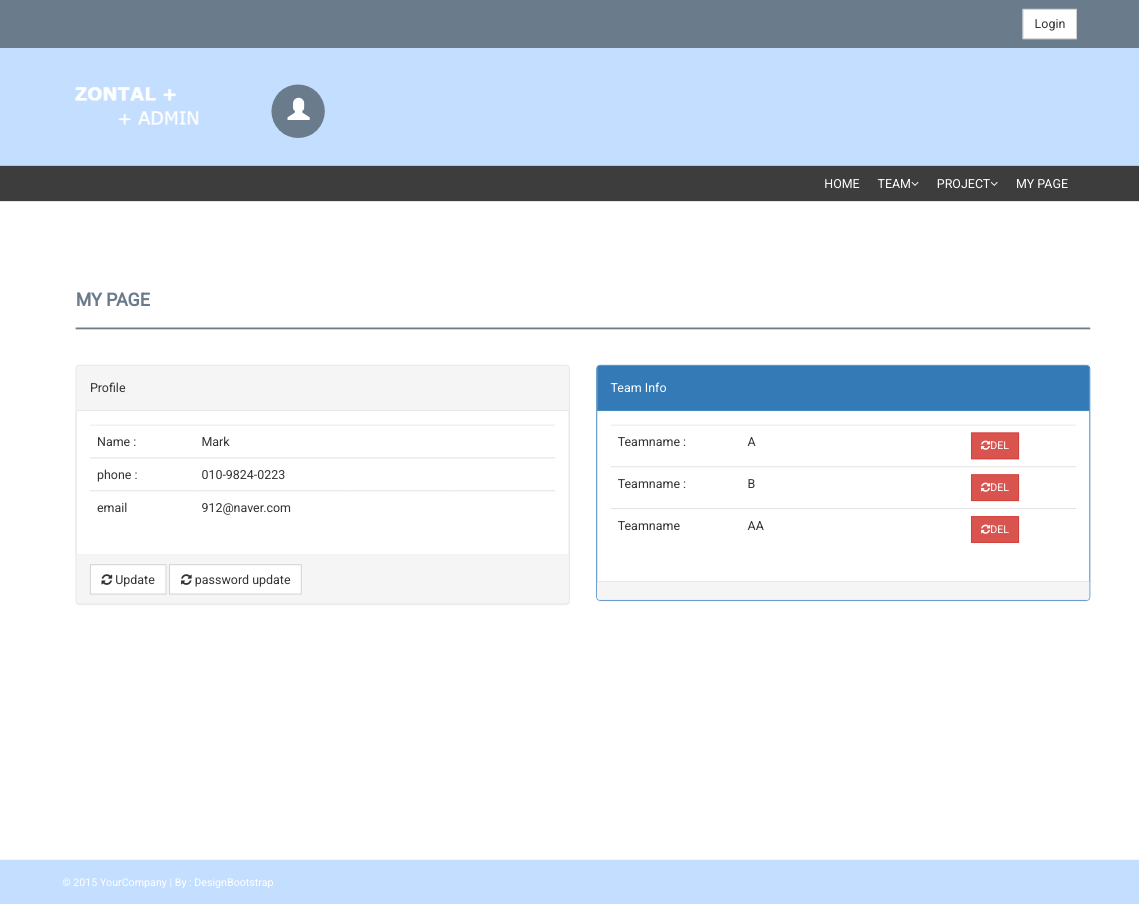
Repository: hwju91/skuniv
Page: http://localhost/0903.2/WEB-INF/jsp/mypage.jsp
These files come from the project's save history. The page is drawn as it stood at one moment and after the next save; the edit follows.
The browser window is 1280 px wide. The pictures show the whole page, at 89% of full size.
The page is served by Tomcat 9. Nobody is signed in. Other server files are loaded and not shown. The template is opened directly, without the code that normally fills it, so the values that code supplies are empty.

Above is the page before, as saved 2016-09-06 10:31:30.

### 0903.2/WebContent/WEB-INF/jsp/mypage.jsp
<%@ page language="java" contentType="text/html; charset=UTF-8"
	pageEncoding="UTF-8"%>
<jsp:include page="header_index.jsp" />
<jsp:include page="nav.jsp" />
<jsp:include page="menu_mypage.jsp" />


 <div class="content-wrapper">
            <div class="container">

            <div class="row">
				<div class="col-md-12">
					<h1 class="page-head-line">My page</h1>
				</div>
			</div>


			 <div class="row">
                <div class="col-md-6 col-sm-6">
                    <div class="panel panel-default">
                        <div class="panel-heading">
                            Profile
                        </div>
                        <div class="panel-body">
                            <div class="table-responsive">
                                <table class="table">
                                    <thead>
                                        <!-- <tr>
                                            <th>#</th>
                                            <th>First Name</th>
                                            <th>Last Name</th>
                                            <th>Username</th>
                                        </tr> -->
                                    </thead>
                                    <tbody>
                                        <tr>
                                            <td>Name :</td>
                                            <td>Mark</td>
                                            <td> </td>
                                            <td> </td>
                                        </tr>
                                        <tr>
                                            <td>phone : </td>
                                            <td>010-9824-0223</td>
                                            <td></td>
                                            <td></td>
                                        </tr>
                                        <tr>
                                            <td>email</td>
                                            <td>912@naver.com</td>
                                            <td></td>
                                            <td></td>
                                        </tr>

                                    </tbody>
                                </table>
                            </div>
                        </div>


                        <div class="panel-footer">
                            <a href="#" class="btn btn-default"><i class=" fa fa-refresh "></i> Update</a>
                            <a href="#" class="btn btn-default"><i class=" fa fa-refresh "></i> password update</a>
                        </div>
                    </div>

                </div>
                <div class="col-md-6 col-sm-6">
                    <div class="panel panel-primary">
                        <div class="panel-heading">
                            	Team Info
                        </div>
                         <div class="panel-body">
                            <div class="table-responsive">
                                <table class="table">
                                    <thead>
                                        <!-- <tr>
                                            <th>#</th>
                                            <th>First Name</th>
                                            <th>Last Name</th>
                                            <th>Username</th>
                                        </tr> -->
                                    </thead>
                                    <tbody>
                                        <tr>
                                            <td>Teamname :</td>
                                            <td>A</td>
                                            <td> </td>
                                            <td>  <a href="#" class="btn btn-danger btn-sm"><i class=" fa fa-refresh "></i>DEL</a></td>
                                        </tr>
                                        <tr>
                                            <td>Teamname : </td>
                                            <td>B</td>
                                            <td></td>
                                            <td><a href="#" class="btn btn-danger btn-sm"><i class=" fa fa-refresh "></i>DEL</a></td>
                                        </tr>
                                        <tr>
                                            <td>Teamname</td>
                                            <td>AA</td>
                                            <td></td>
                                            <td><a href="#" class="btn btn-danger btn-sm"><i class=" fa fa-refresh "></i>DEL</a></td>
                                        </tr>

                                    </tbody>
                                </table>
                            </div>
                        </div>
                        <div class="panel-footer">
                        </div>
                    </div>
                </div>
                </div>
               <!--  <div class="col-md-6 col-sm-6">
                    <div class="panel panel-success">
                        <div class="panel-heading">
                            message
                        </div>

                        <div class="panel-footer">
                            Panel Footer
                        </div>
                    </div>
                </div> -->


            <!-- <div class="row">
                <div class="col-md-10 col-sm-10">
                    <div class="panel panel-default">
                        <div class="panel-heading">
                            Basic Tabs
                        </div>
                        <div class="panel-body">
                            <ul class="nav nav-tabs">
                                <li class="active"><a href="#team" data-toggle="tab">Home</a>
                                </li>
                                <li class=""><a href="#profile" data-toggle="tab">Profile</a>
                                </li>
                                <li class=""><a href="#messages" data-toggle="tab">Messages</a>
                                </li>
                                <li class=""><a href="#settings" data-toggle="tab">Settings</a>
                                </li>
                            </ul>

                            <div class="tab-content">
                                <div class="tab-pane fade active in" id="team">
                                    <h4>Home Tab</h4>
                                    <p>Lorem ipsum dolor sit amet, consectetur adipisicing elit, sed do eiusmod tempor incididunt ut labore et dolore magna aliqua. Ut enim ad minim veniam, quis nostrud exercitation ullamco laboris nisi ut aliquip ex ea commodo consequat. Duis aute irure dolor in reprehenderit in voluptate velit esse cillum dolore eu fugiat nulla pariatur. Excepteur sint occaecat cupidatat non proident, sunt in culpa qui officia deserunt mollit anim id est laborum.</p>
                                </div>
                                <div class="tab-pane fade" id="profile">
                                    <h4>Profile Tab</h4>
                                    <p>Lorem ipsum dolor sit amet, consectetur adipisicing elit, sed do eiusmod tempor incididunt ut labore et dolore magna aliqua. Ut enim ad minim veniam, quis nostrud exercitation ullamco laboris nisi ut aliquip ex ea commodo consequat. Duis aute irure dolor in reprehenderit in voluptate velit esse cillum dolore eu fugiat nulla pariatur. Excepteur sint occaecat cupidatat non proident, sunt in culpa qui officia deserunt mollit anim id est laborum.</p>
                                </div>
                                <div class="tab-pane fade" id="messages">
                                    <h4>Messages Tab</h4>
                                    <p>Lorem ipsum dolor sit amet, consectetur adipisicing elit, sed do eiusmod tempor incididunt ut labore et dolore magna aliqua. Ut enim ad minim veniam, quis nostrud exercitation ullamco laboris nisi ut aliquip ex ea commodo consequat. Duis aute irure dolor in reprehenderit in voluptate velit esse cillum dolore eu fugiat nulla pariatur. Excepteur sint occaecat cupidatat non proident, sunt in culpa qui officia deserunt mollit anim id est laborum.</p>
                                </div>
                                <div class="tab-pane fade" id="settings">
                                    <h4>Settings Tab</h4>
                                    <p>Lorem ipsum dolor sit amet, consectetur adipisicing elit, sed do eiusmod tempor incididunt ut labore et dolore magna aliqua. Ut enim ad minim veniam, quis nostrud exercitation ullamco laboris nisi ut aliquip ex ea commodo consequat. Duis aute irure dolor in reprehenderit in voluptate velit esse cillum dolore eu fugiat nulla pariatur. Excepteur sint occaecat cupidatat non proident, sunt in culpa qui officia deserunt mollit anim id est laborum.</p>
                                </div>
                            </div>
                        </div>
                    </div>
                </div>

            </div> -->


        </div><!-- container end -->
    </div><!-- content-wrapper  -->



<jsp:include page="footer.jsp" />

### 0903.2/WebContent/WEB-INF/jsp/header_index.jsp
<%@ page language="java" contentType="text/html; charset=UTF-8"
    pageEncoding="UTF-8"%>
<!DOCTYPE html PUBLIC "-//W3C//DTD HTML 4.01 Transitional//EN" "http://www.w3.org/TR/html4/loose.dtd">
<html>
<head>
    <title>Winder</title>

    <link href="css/bootstrap.css" rel="stylesheet" />
    <link href="css/font-awesome.css" rel="stylesheet" />
    <link href="css/style.css" rel="stylesheet" />

	<style>
		.carousel-inner > .item > img,
		.carousel-inner > .item > a > img {
	      width: 90%;
	      height: 500px;
	      margin: auto;
	    }
	</style>

</head>
</head>

### 0903.2/WebContent/WEB-INF/jsp/nav.jsp
<%@ page language="java" contentType="text/html; charset=UTF-8"
    pageEncoding="UTF-8"%>
<body>
    <header>
        <div class="container">
            <div class="row">
                <div class="col-md-12">
                    <!-- <strong>Email: </strong>info@yourdomain.com
                    &nbsp;&nbsp;
                    <strong>Support: </strong>+90-897-678-44 -->
                    <%
                    if("loginok".equals((String)session.getAttribute("loginchk"))){
                    	%>
                    	<a class="btn btn-default" href="logout">Logout</a>
                    <%}
                    else{
                    %>
                    	<a class="btn btn-default" href="login">Login</a>
                    <% }%>

                </div>

            </div>
        </div>
    </header>
    <!-- HEADER END-->
    <div class="navbar navbar-inverse set-radius-zero">
        <div class="container">
            <div class="navbar-header">
                <button type="button" class="navbar-toggle" data-toggle="collapse" data-target=".navbar-collapse">
                    <span class="icon-bar"></span>
                    <span class="icon-bar"></span>
                    <span class="icon-bar"></span>
                </button>
                <a class="navbar-brand" href="index.html">
                    <img src="img/logo.png" />
                </a>

            </div>

            <div class="left-div">
                <div class="user-settings-wrapper">
                    <ul class="nav">

                        <li class="dropdown">
                            <a class="dropdown-toggle" data-toggle="dropdown" href="#" aria-expanded="false">
                                <span class="glyphicon glyphicon-user" style="font-size: 25px;"></span>
                            </a>
                            <div class="dropdown-menu dropdown-settings" style="color: #fff">
                                <div class="media">
                                    <a class="media-left" href="#">
                                        <img src="img/64-64.jpg" alt="" class="img-rounded" />
                                    </a>
                                    <div class="media-body">
                                        <h4 class="media-heading">Jhon Deo Alex </h4>
                                        <h5>Developer & Designer</h5>

                                    </div>
                                </div>
                                <hr />
                                <h5><strong>Personal Bio : </strong></h5>
                                Anim pariatur cliche reprehen derit.
                                <hr />
                                <a href="#" class="btn btn-info btn-sm">Full Profile</a>&nbsp; <a href="login.html" class="btn btn-danger btn-sm">Logout</a>

                            </div>
                        </li>


                    </ul>
                </div>
            </div>
        </div>
    </div>
    <!-- LOGO HEADER END-->

### 0903.2/WebContent/WEB-INF/jsp/menu_mypage.jsp
<%@ page language="java" contentType="text/html; charset=UTF-8"
    pageEncoding="UTF-8"%>
<%@taglib prefix="c"  uri="http://java.sun.com/jsp/jstl/core" %>
<section class="menu-section">
        <div class="container">
            <div class="row">
                <div class="col-md-12">
                    <div class="navbar-collapse collapse ">
                        <ul id="menu-top" class="nav navbar-nav navbar-right">
                            <li><a class="menu-top" href="home">Home</a></li>
                            <li class="dropdown">
                                <a href="#" class="dropdown-toggle" data-toggle="dropdown">Team<i class="fa fa-angle-down"></i></a>
                                <ul class="dropdown-menu">
                                    <li><a href="teamCreateform">팀 생성</a></li>
                                    <c:forEach items="${teammenu }" var="tmenu">
                                    <li><a href="projectlist?tno=${tmenu.tno }">${tmenu.name }</a></li>
                                    </c:forEach>
                                </ul>
                            </li>
                            <li class="dropdown">
                                <a href="#" class="dropdown-toggle" data-toggle="dropdown">Project<i class="fa fa-angle-down"></i></a>
                                <ul class="dropdown-menu">
                                    <li><a href="projectform">프로젝트 생성</a></li>
                                    <c:forEach items="${projectmenu }" var="pmenu">
                                    <li><a href="projectmain?pno=${pmenu.pno }">${pmenu.name }</a></li>
                                    </c:forEach>
                                </ul>
                            </li>
                             <li><a class="menu-top" href="mypage">My Page</a></li>

                        </ul>
                    </div>
                </div>

            </div>
        </div>
    </section>
    <!-- MENU SECTION END-->
    <div class="content-wrapper">
        <div class="container">

### 0903.2/WebContent/WEB-INF/jsp/footer.jsp
<%@ page language="java" contentType="text/html; charset=UTF-8"
    pageEncoding="UTF-8"%>
 </div>
    </div>
    <!-- CONTENT-WRAPPER SECTION END-->
    <footer>
        <div class="container">
            <div class="row">
                <div class="col-md-12">
                    &copy; 2015 YourCompany | By : <a href="http://www.designbootstrap.com/" target="_blank">DesignBootstrap</a>
                </div>

            </div>
        </div>
    </footer>
    <!-- script -->
<script src="js/jquery-2.2.3.min.js"></script>
<script src="js/bootstrap.js"></script>
</body>
</html>

Loaded but not shown: 0903.2/WebContent/css/bootstrap.css (library); 0903.2/WebContent/css/font-awesome.css (library); 0903.2/WebContent/js/jquery-2.2.3.min.js (library); 0903.2/WebContent/js/bootstrap.js (library); 0903.2/WebContent/css/style.css (314 lines, source omitted)

After the next save:
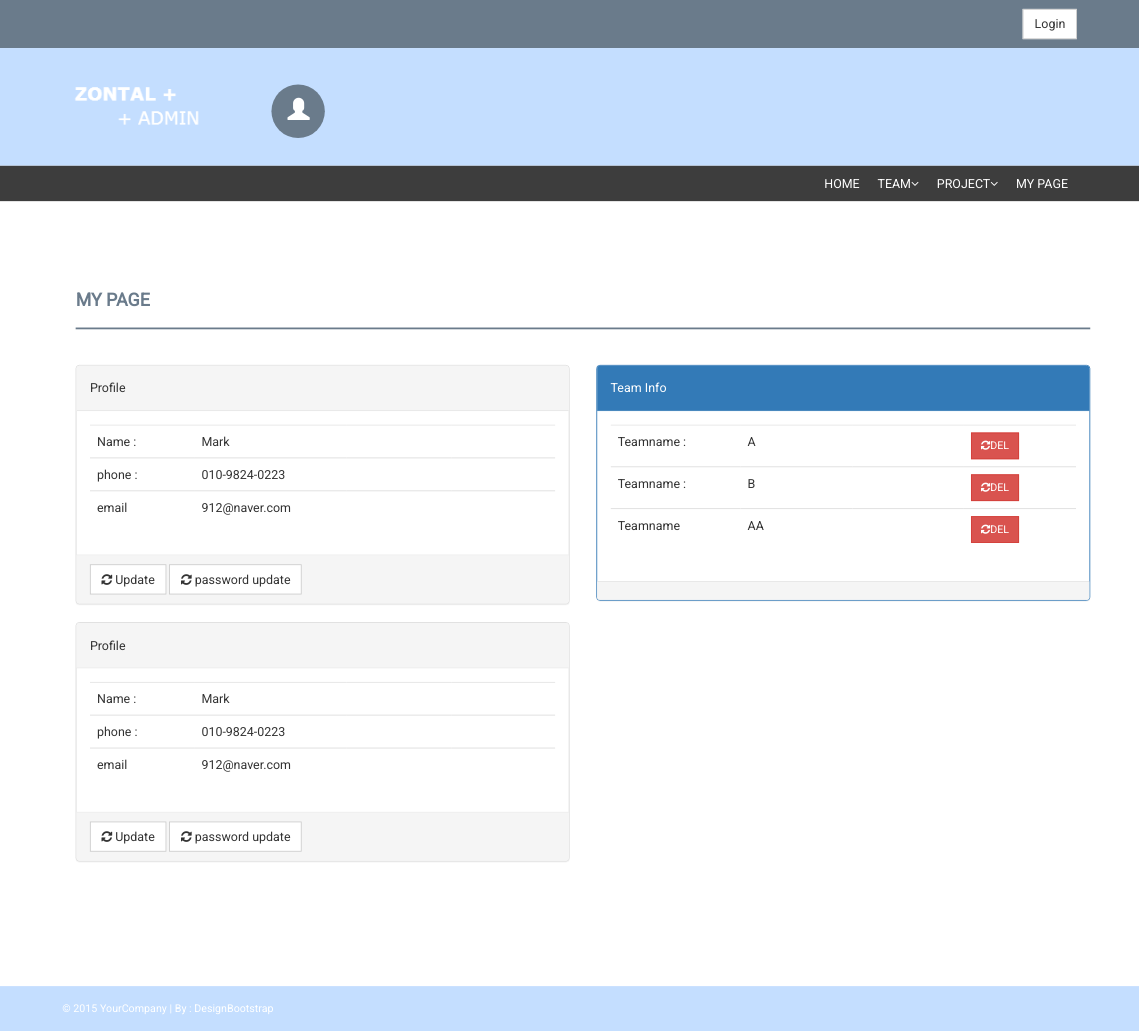
Saved 26 s later.
--- a/0903.2/WebContent/WEB-INF/jsp/mypage.jsp
+++ b/0903.2/WebContent/WEB-INF/jsp/mypage.jsp
@@ -110,6 +110,58 @@
                     </div>
                 </div>
                 </div>
+                <div class="row">
+                <div class="col-md-6 col-sm-6">
+                    <div class="panel panel-default">
+                        <div class="panel-heading">
+                            Profile
+                        </div>
+                        <div class="panel-body">
+                            <div class="table-responsive">
+                                <table class="table">
+                                    <thead>
+                                        <!-- <tr>
+                                            <th>#</th>
+                                            <th>First Name</th>
+                                            <th>Last Name</th>
+                                            <th>Username</th>
+                                        </tr> -->
+                                    </thead>
+                                    <tbody>
+                                        <tr>
+                                            <td>Name :</td>
+                                            <td>Mark</td>
+                                            <td> </td>
+                                            <td> </td>
+                                        </tr>
+                                        <tr>
+                                            <td>phone : </td>
+                                            <td>010-9824-0223</td>
+                                            <td></td>
+                                            <td></td>
+                                        </tr>
+                                        <tr>
+                                            <td>email</td>
+                                            <td>912@naver.com</td>
+                                            <td></td>
+                                            <td></td>
+                                        </tr>
+
+                                    </tbody>
+                                </table>
+                            </div>
+                        </div>
+
+
+                        <div class="panel-footer">
+                            <a href="#" class="btn btn-default"><i class=" fa fa-refresh "></i> Update</a>
+                            <a href="#" class="btn btn-default"><i class=" fa fa-refresh "></i> password update</a>
+                        </div>
+                    </div>
+
+                </div>
+
+                </div>
                <!--  <div class="col-md-6 col-sm-6">
                     <div class="panel panel-success">
                         <div class="panel-heading">
